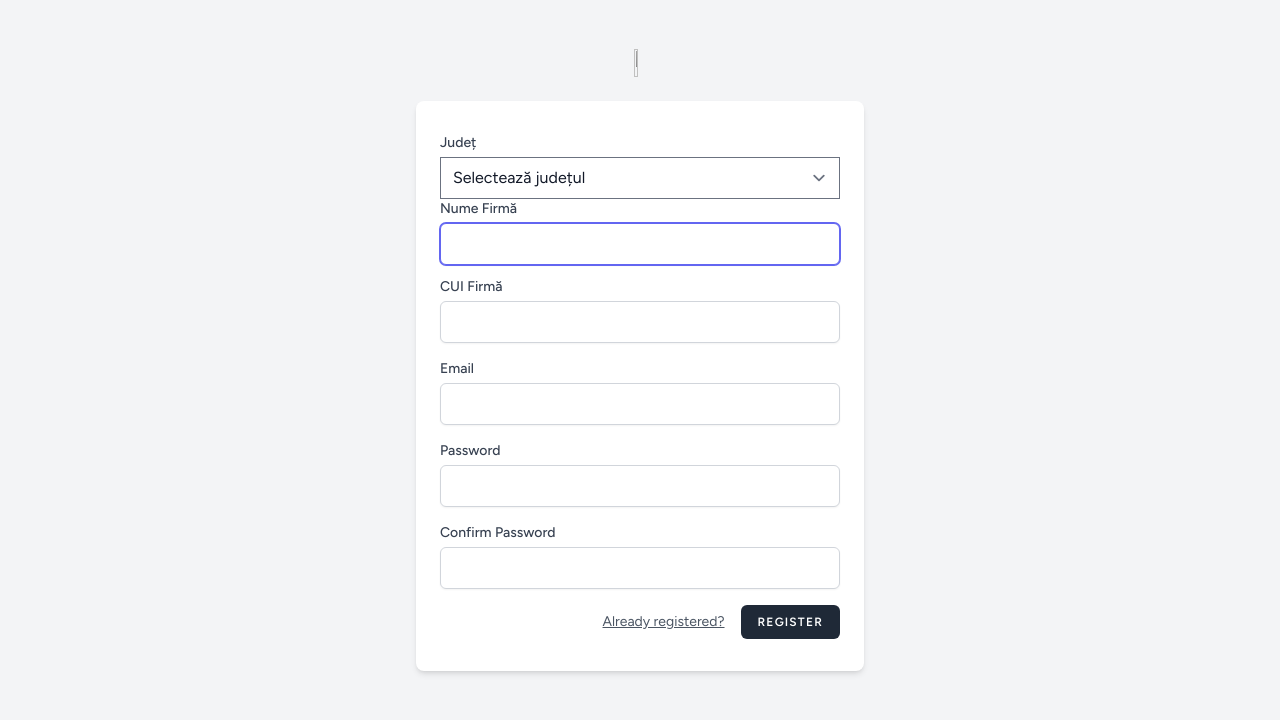
Repository: cosmin05072018/fantastic-events-manager
Page: http://localhost/register
The author's editor kept a copy of each file at every save. The page is drawn from the files as they stood at one save, then again after the next save.
The browser window is 1280 px wide. The pictures show the whole page.
The page is served by the project's Laravel application, run on PHP 8.4 with Laravel 10. Style sheets and scripts are compiled from the project's sources, by tool versions that may differ from the author's.

Above is the page before, as saved 2024-11-03 18:20:05.

After the next save:
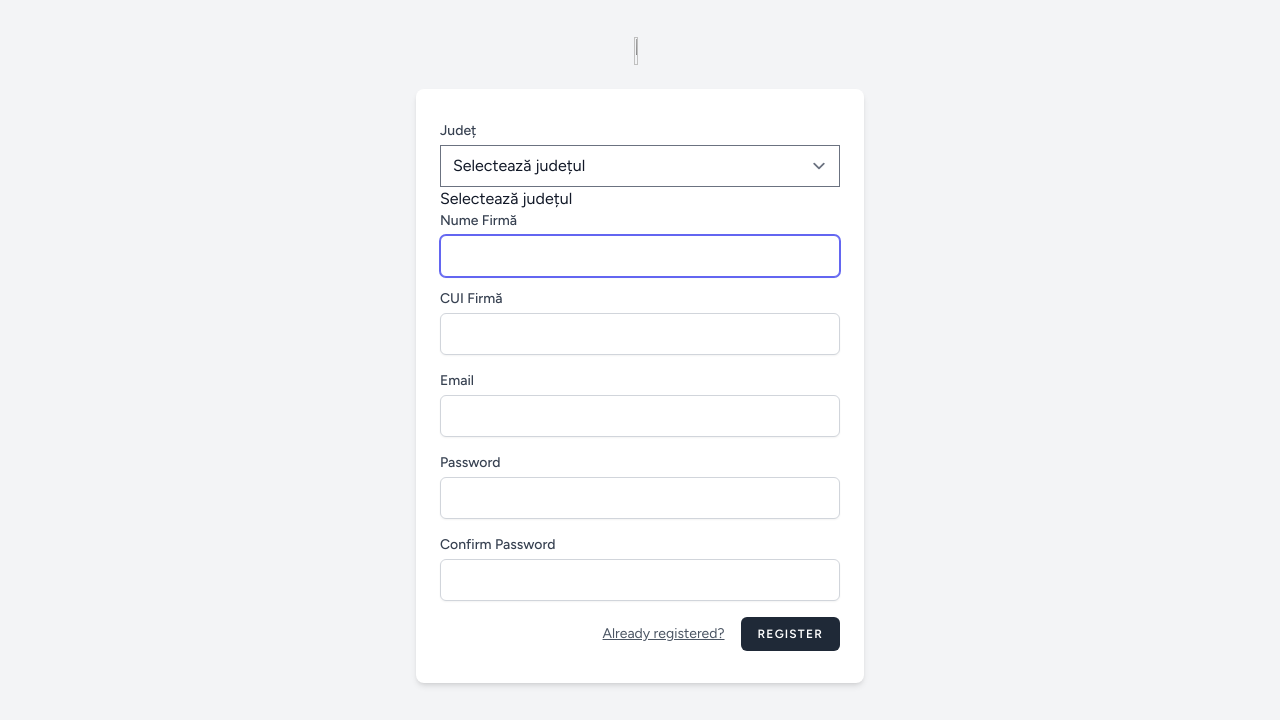
Saved 8 s later.
--- a/resources/views/auth/register.blade.php
+++ b/resources/views/auth/register.blade.php
@@ -117,3 +117,15 @@
         </div>
     </form>
 </x-guest-layout>
+
+<script src="https://cdnjs.cloudflare.com/ajax/libs/jquery/3.6.0/jquery.min.js"></script>
+<script src="https://cdnjs.cloudflare.com/ajax/libs/select2/4.0.13/js/select2.min.js"></script>
+<script>
+    $(document).ready(function() {
+        // Inițializează Select2 pe câmpul select de județ
+        $('#county').select2({
+            placeholder: "Selectează județul",
+            allowClear: true
+        });
+    });
+</script>

After the save that followed:
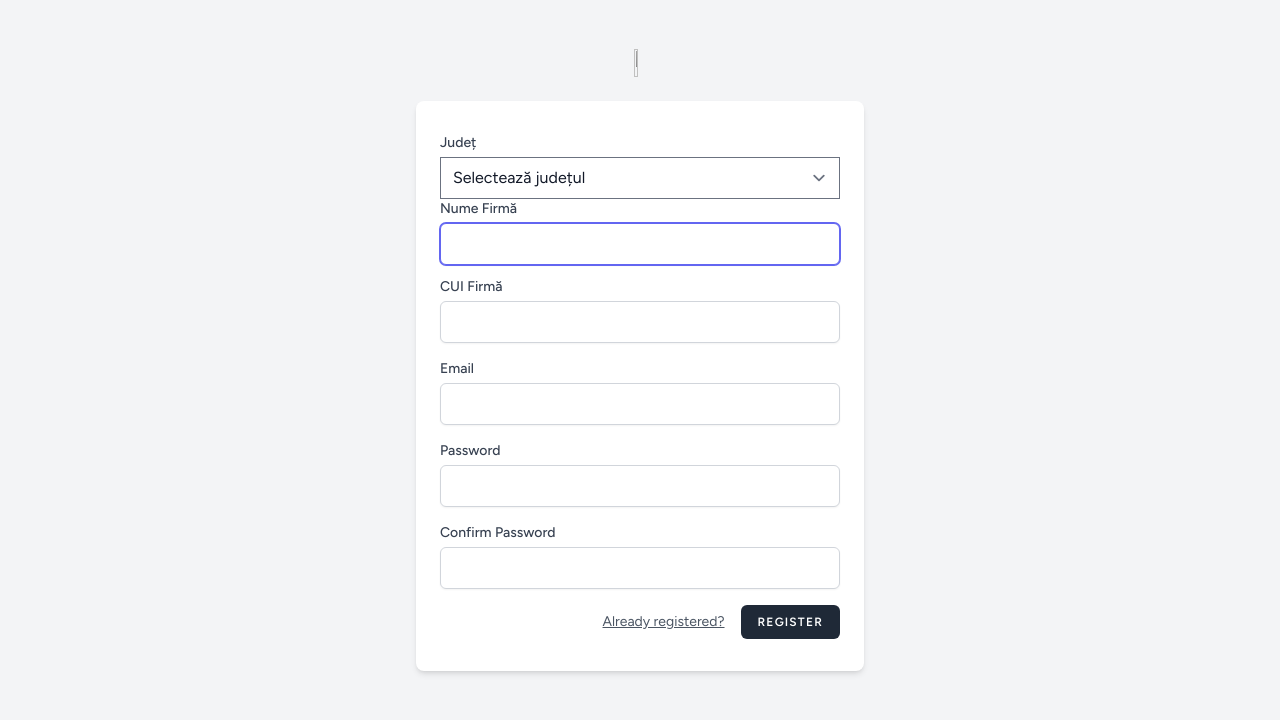
Saved 59 s later.
--- a/resources/views/auth/register.blade.php
+++ b/resources/views/auth/register.blade.php
@@ -117,15 +117,3 @@
         </div>
     </form>
 </x-guest-layout>
-
-<script src="https://cdnjs.cloudflare.com/ajax/libs/jquery/3.6.0/jquery.min.js"></script>
-<script src="https://cdnjs.cloudflare.com/ajax/libs/select2/4.0.13/js/select2.min.js"></script>
-<script>
-    $(document).ready(function() {
-        // Inițializează Select2 pe câmpul select de județ
-        $('#county').select2({
-            placeholder: "Selectează județul",
-            allowClear: true
-        });
-    });
-</script>
